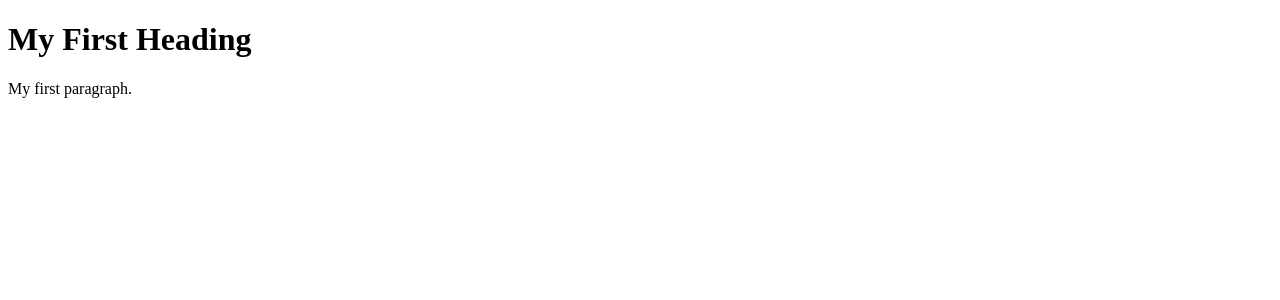
Repository: meganclapinski/meganclapinski.github.io
Page: project1.html
The author's editor kept a record of every edit. The page is drawn from the files as they stood at one moment, then again after the next edit.
The browser window is 1280 px wide. The pictures show the whole page.

Above is the page before.

After the next edit:
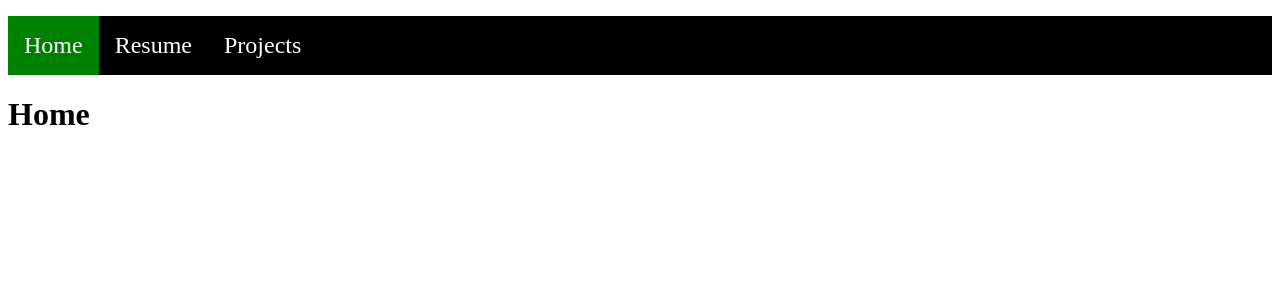
The edit:
--- a/project1.html
+++ b/project1.html
@@ -1,12 +1,29 @@
 <!DOCTYPE html>
 <html>
-<head>
-<title>Project 1 </title>
-</head>
-<body>
+   <head>
+   <title>Project 1 </title>
 
-<h1>My First Heading</h1>
-<p>My first paragraph.</p>
+   <link rel="stylesheet" type="text/css" href="style.css">
 
-</body>
+   </head>
+   <body>
+        <ul class="navbar">
+            <li class="active"> <a href="./" >Home</a></li>
+
+            <li> <a href="resume.html" >Resume</a></li>
+
+            <li class= "dropdown">
+              <div>Projects</div>
+              <ul class="dropdown-content">
+                  <li> <a href="#">Project 1</a></li>
+                  <li> <a href="#">Project 2</a></li>
+                  <li> <a href="#">Project 3</a></li>
+                  </ul>
+            </li>
+
+        </ul>
+
+        <h1>Home</h1>
+
+   </body>
 </html>
